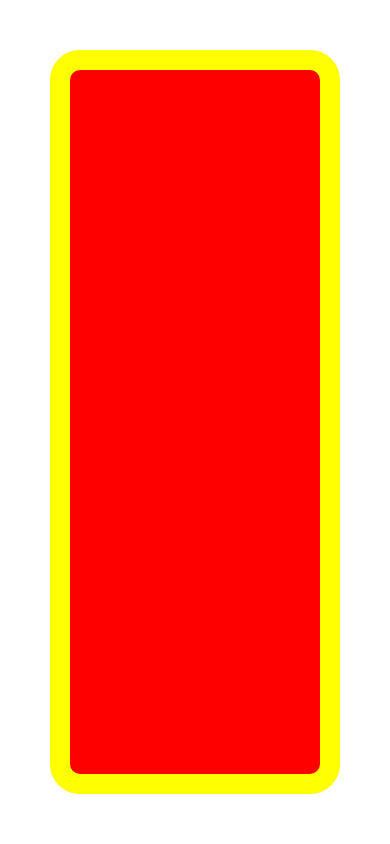
Repository: akinmiday/ReactNativeApp
Screen: /
An editor plug-in stored every save of this project. The screen is shown before and after the next save, followed by the edit.
The app was drawn by React Native's web renderer in a window 390 px wide. The project was rebuilt for these pictures with package versions that can differ from the ones it lists, and the page was loaded fresh each time.

Above is the screen before, as saved 2023-08-06 16:14:12.

### App.js
import { View, Text } from "react-native";
import styles from "./styles";
import { useState } from "react";

export default function App() {
  const { container } = styles;

  return (
    <View style={container}>
      <Text></Text>
    </View>
  );
}

### styles.js
import { StyleSheet } from "react-native";

const styles = StyleSheet.create({
  container: {
    backgroundColor: "red",
    flex: 1,
    padding: 20,
    margin: 50,
    borderColor: "yellow",
    borderRadius: 30,
    borderWidth: 20,
  },
  input: {
    backgroundColor: "pink",
    marginTop: 20,
    padding: 20,
    marginTop: 20,
    marginBottom: 20,
  },
  text: {
    color: "red",
    fontSize: 20,
    fontFamily: "Arial",
    fontStyle: "italic",
    fontWeight: "normal",
    letterSpacing: 1,
    textAlign: "auto",
    textDecorationLine: "underline",
    textDecorationColor: "green",
    textTransform: "lowercase",
  },
  button: {
    backgroundColor: "yellow",
    padding: 15,
    alignItems: "center",
    width: "50%",
    alignSelf: "center",
    borderWidth: 5,
    borderColor: "green",
    marginTop: 20,
  },
  item: {
    backgroundColor: "yellow",
    padding: 20,
    marginVertical: 5,
  },
  header: {
    fontSize: 15,
  },
  title: {
    fontSize: 10,
  },
});

export default styles;

After the next save:
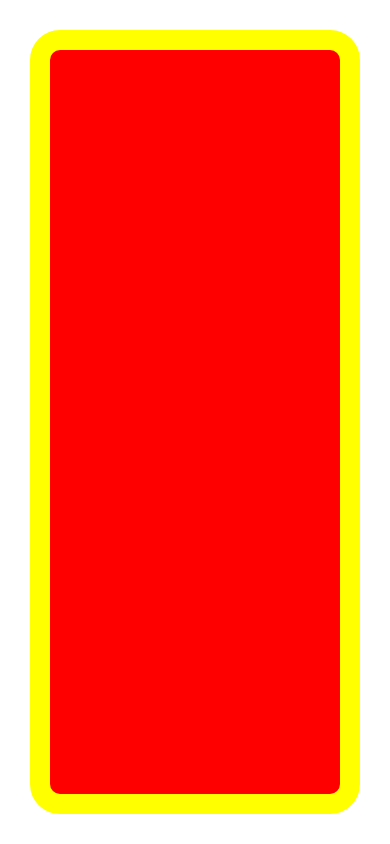
Saved 15 s later.
--- a/styles.js
+++ b/styles.js
@@ -5,7 +5,7 @@ const styles = StyleSheet.create({
     backgroundColor: "red",
     flex: 1,
     padding: 20,
-    margin: 50,
+    margin: 30,
     borderColor: "yellow",
     borderRadius: 30,
     borderWidth: 20,
